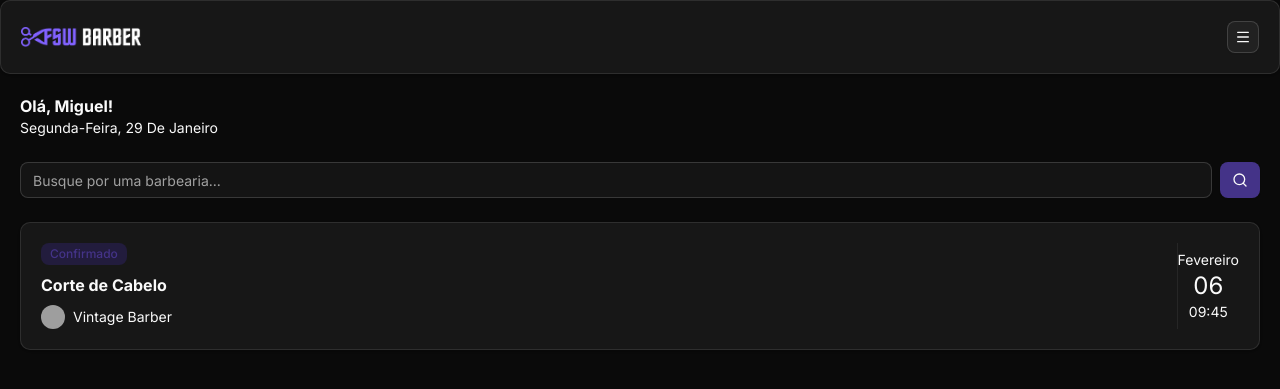
Repository: PaulinhoMachadooo/Barber
Page: /
An editor plug-in stored every save of this project. The page is shown before and after the next save, followed by the edit.
The browser window is 1280 px wide. The pictures show the whole page.
Pictures or frames that could not be fetched are drawn as grey boxes. The project was rebuilt for these pictures with package versions that can differ from the ones it lists, and the page was loaded fresh each time. The framework's server and built-in components were replaced by stand-ins that run in the browser. Also part of the build but not shown: next.config.ts.

Above is the page before, as saved 2025-04-13 21:34:01.

After the next save:
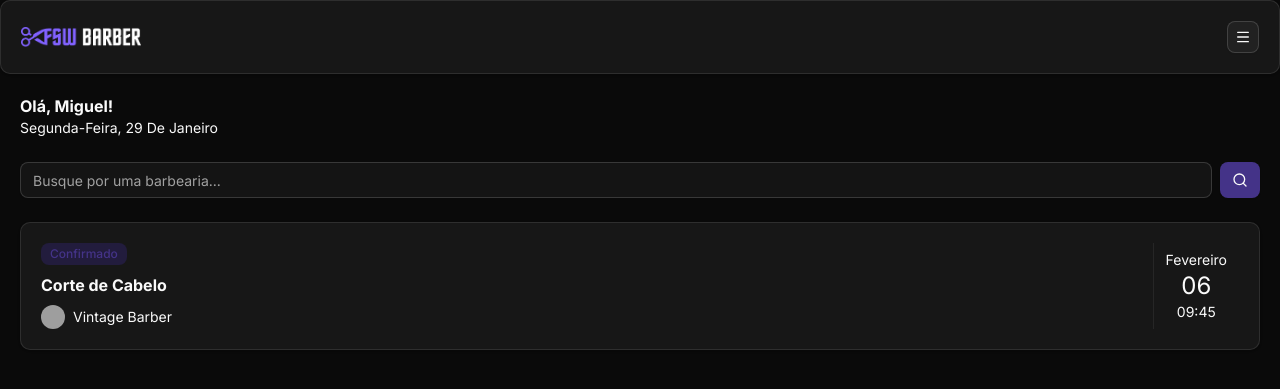
Saved 61 s later.
--- a/app/_components/booking-item.tsx
+++ b/app/_components/booking-item.tsx
@@ -22,7 +22,7 @@ const  BookingItem = () => {
                     </div>
                 </div>
 
-                <div className="flex flex-col items-center justify-center border-l border-solid border-secondary">
+                <div className="flex flex-col items-center justify-center px-3 border-l border-solid border-secondary">
                     <p className="text-sm">Fevereiro</p>
                     <p className="text-2xl ">06</p>
                     <p className="text-sm">09:45</p>
